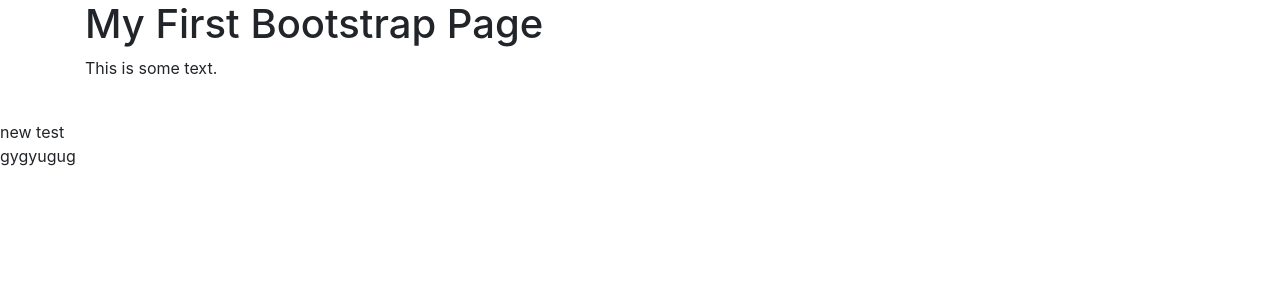
Repository: Mackrizo/Christian
Page: http://localhost/indexpdo.php
An editor plug-in stored every save of this project. The page is shown before and after the next save, followed by the edit.
The browser window is 1280 px wide. The pictures show the whole page.
The page is run by PHP 8.4 with error messages shown; the project is at /var/www/html/. Queries for data that is not in the repository find no rows.

Above is the page before, as saved 2018-06-09 21:47:55.

After the next save:
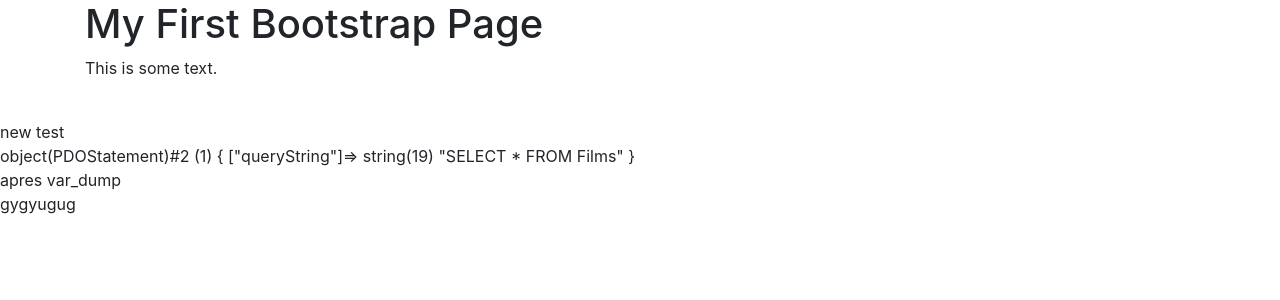
Saved 39 s later.
--- a/movie/indexpdo.php
+++ b/movie/indexpdo.php
@@ -24,6 +24,9 @@ try {
 }
 echo "<br>new test<br>";
 $reponse = $bdd->query ( "SELECT * FROM Films" );
+var_dump ( $reponse );
+echo "<br>apres var_dump<br>";
+
 while ( $donnees = $reponse->fetch ( PDO::FETCH_ASSOC ) ) {
 	echo $donnes ['titre_film'] . "-" . $donnees ['pays'] . "<br>";
 }
